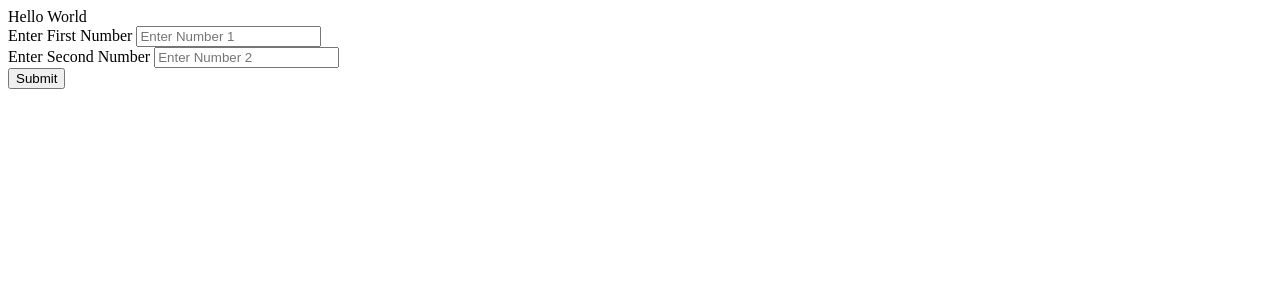
Repository: RashmitTopG/Servlet-and-JSP
Page: DemoApp/src/main/webapp/index.html
An editor plug-in stored every save of this project. The page is shown before and after the next save, followed by the edit.
The browser window is 1280 px wide. The pictures show the whole page.

Above is the page before, as saved 2025-12-23 16:24:11.

### DemoApp/src/main/webapp/index.html
<!DOCTYPE html>
<html>
<head>
<meta charset="UTF-8">
<title>Insert title here</title>
</head>
<body>
	<div>Hello World </div>
	<form action = "add">

	Enter First Number <input type = "text" placeholder = "Enter Number 1"><br>
	Enter Second Number <input type = "text" placeholder = "Enter Number 2"><br>
	<input type ="submit">
	</form>
</body>
</html>

After the next save:
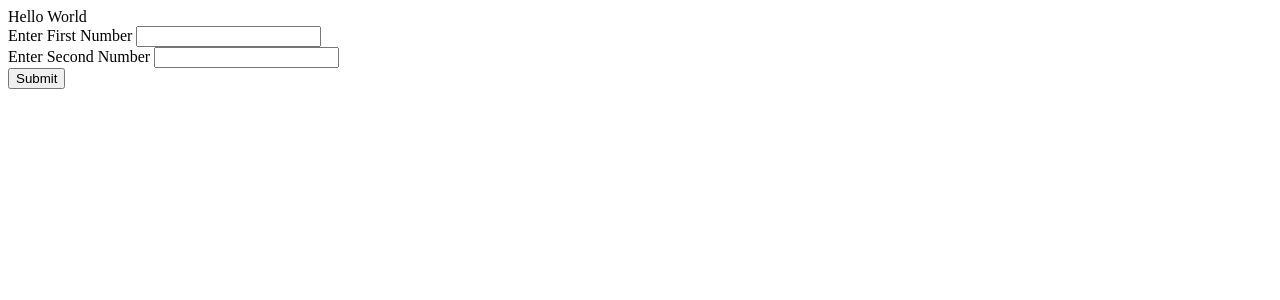
Saved 44 s later.
--- a/DemoApp/src/main/webapp/index.html
+++ b/DemoApp/src/main/webapp/index.html
@@ -8,8 +8,8 @@
 	<div>Hello World </div>
 	<form action = "add">
 
-	Enter First Number <input type = "text" placeholder = "Enter Number 1"><br>
-	Enter Second Number <input type = "text" placeholder = "Enter Number 2"><br>
+	Enter First Number <input type = "text" name = "Enter Number 1"><br>
+	Enter Second Number <input type = "text" name = "Enter Number 2"><br>
 	<input type ="submit">
 	</form>
 </body>
